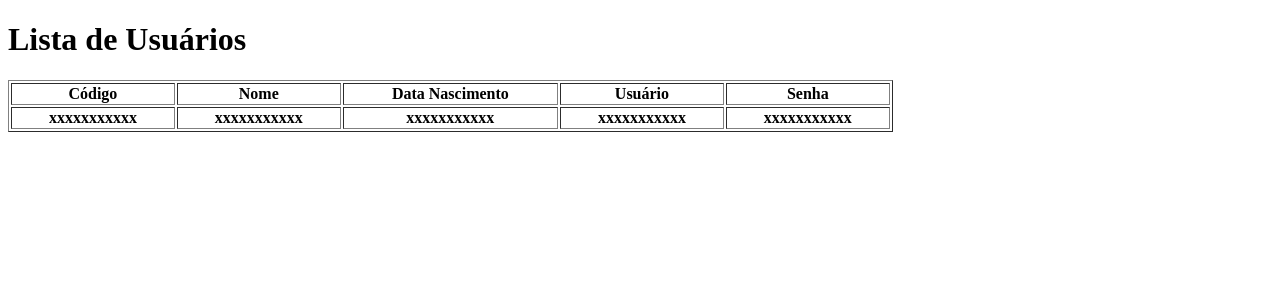
Repository: HigorRoc/Uninove_2021.1_AplicacaoWebQuarta
Page: http://localhost/usersManager/formMostraUsuarios.jsp
These files come from the project's save history. The page is drawn as it stood at one moment and after a run of saves; the edit follows.
The browser window is 1280 px wide. The pictures show the whole page.
The page is served by Tomcat 9.

Above is the page before, as saved 2021-05-20 00:16:12.

After the next 3 saves:
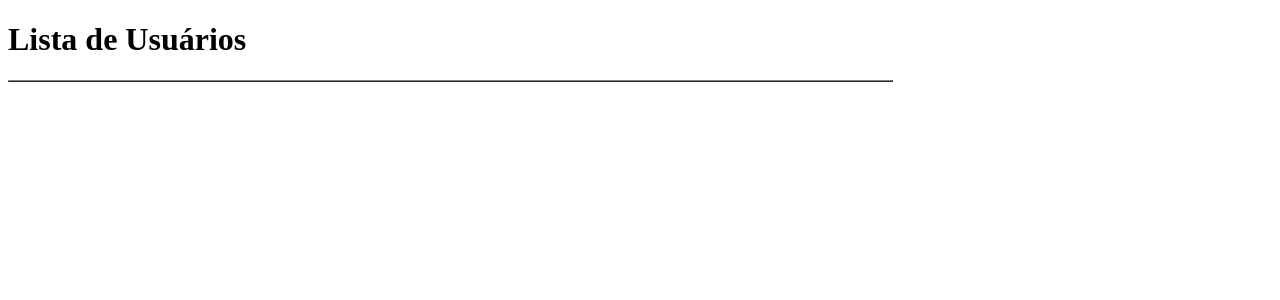
The 3 saves are shown as one change because they came seconds apart.
The last was saved 8 s later.
--- a/usersManager/WebContent/formMostraUsuarios.jsp
+++ b/usersManager/WebContent/formMostraUsuarios.jsp
@@ -11,7 +11,7 @@
 		<h1>Lista de Usuários</h1>
 		<table border="1" style="width: 70%">
 			<thead>
-				<tr>
+				<tr style="bac>
 					<th>Código</th>
 					<th>Nome</th>
 					<th>Data Nascimento</th>

After the 3 saves that followed:
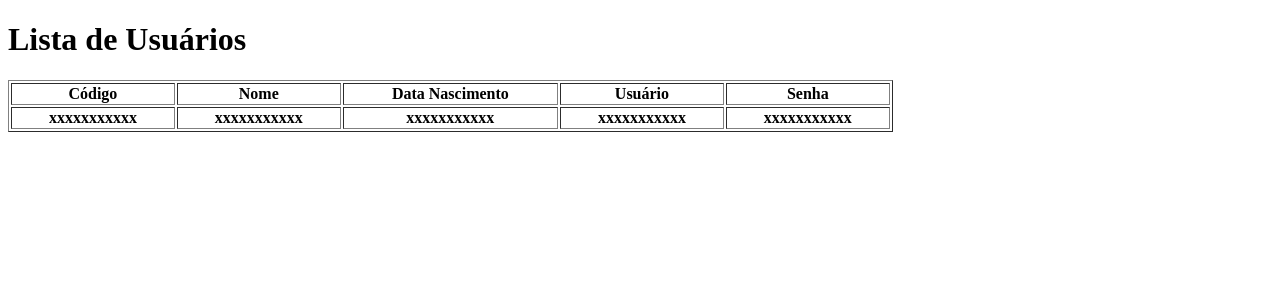
The 3 saves are shown as one change because they came seconds apart.
The last was saved 7 s later.
--- a/usersManager/WebContent/formMostraUsuarios.jsp
+++ b/usersManager/WebContent/formMostraUsuarios.jsp
@@ -11,7 +11,7 @@
 		<h1>Lista de Usuários</h1>
 		<table border="1" style="width: 70%">
 			<thead>
-				<tr style="bac>
+				<tr style="background-color: ">
 					<th>Código</th>
 					<th>Nome</th>
 					<th>Data Nascimento</th>
